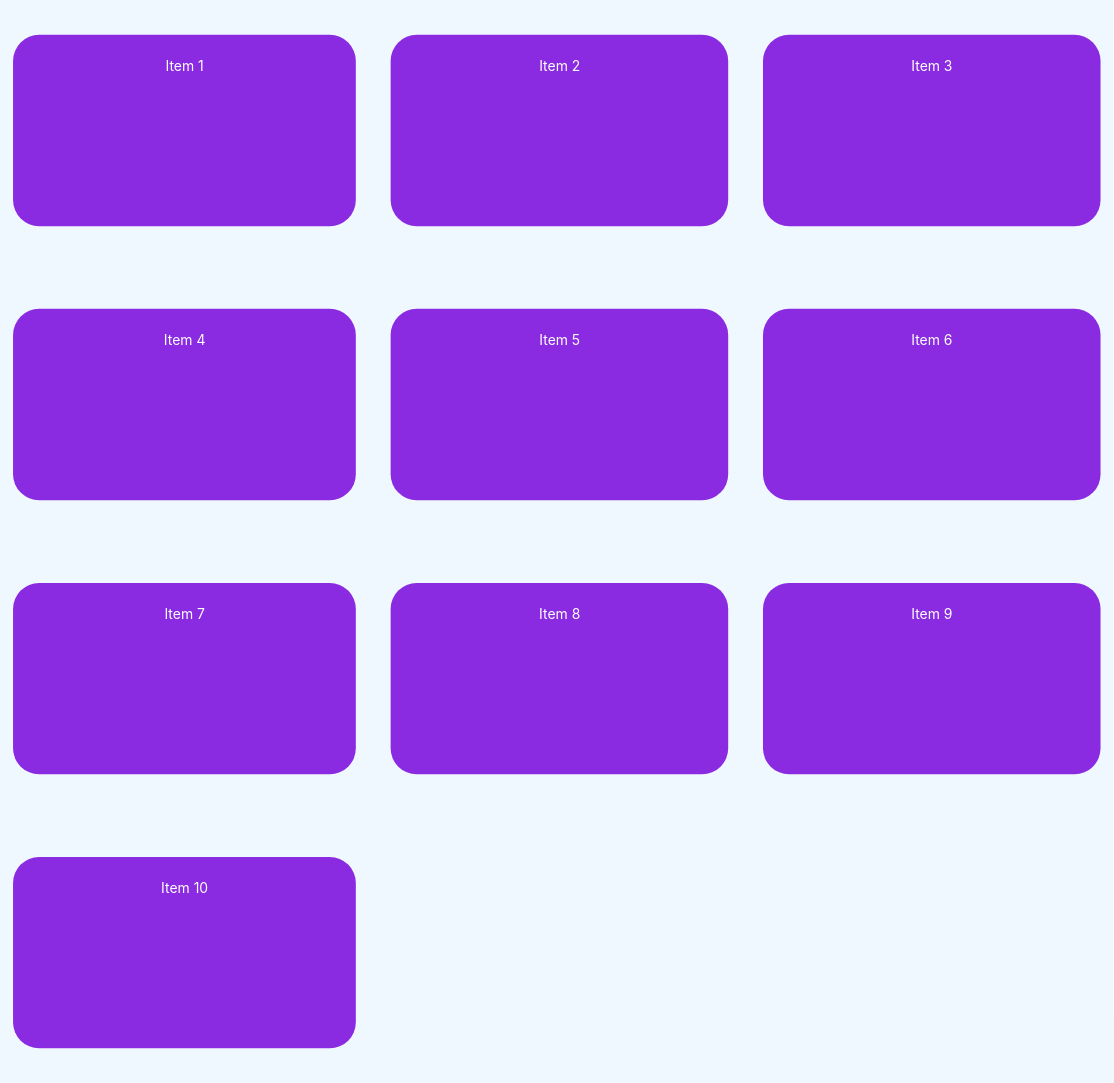
Repository: thai-shriya/anxiety-tracker
Page: /
The author's editor kept a copy of each file at every save. The page is drawn from the files as they stood at one save, then again after the next save.
The browser window is 1280 px wide. The pictures show the whole page, at 87% of full size.
The project was rebuilt for these pictures with package versions that can differ from the ones it lists, and the page was loaded fresh each time.

Above is the page before, as saved 2024-04-22 15:46:29.

After the next save:
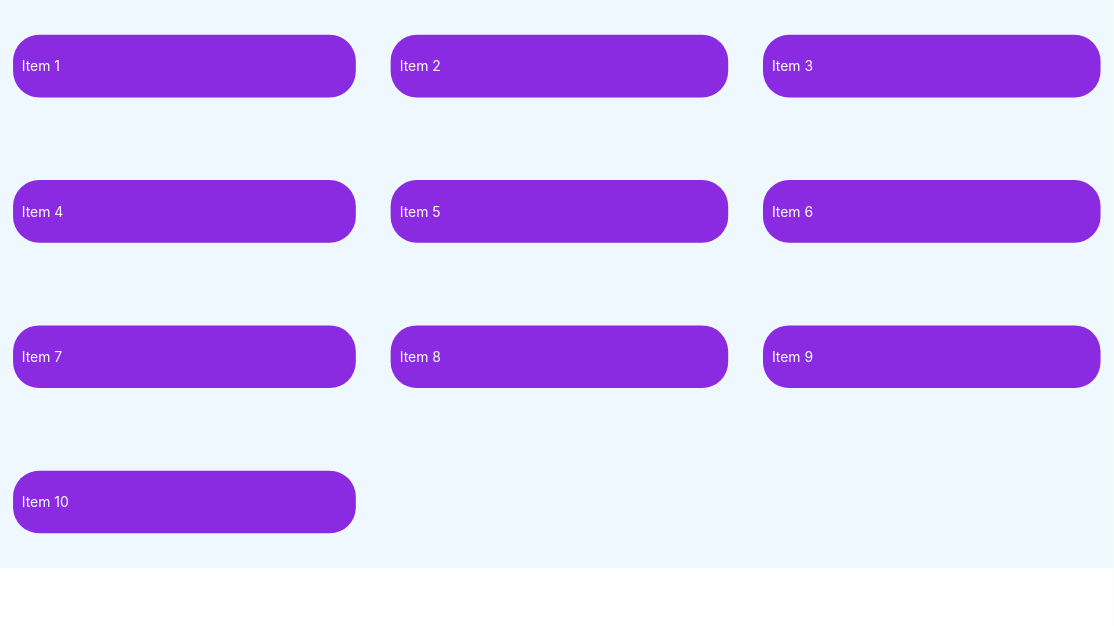
Saved 25 s later.
--- a/src/App.css
+++ b/src/App.css
@@ -9,11 +9,9 @@
 
 .grid-item{
   padding: 10px;
-  text-align: center;
   border: 1px red;
   background-color:blueviolet;
   margin: 40px 15px 40px 15px;
-  height: 200px;
   border-radius: 30px;
   perspective: 800px;
   justify-content: center;

After the save that followed:
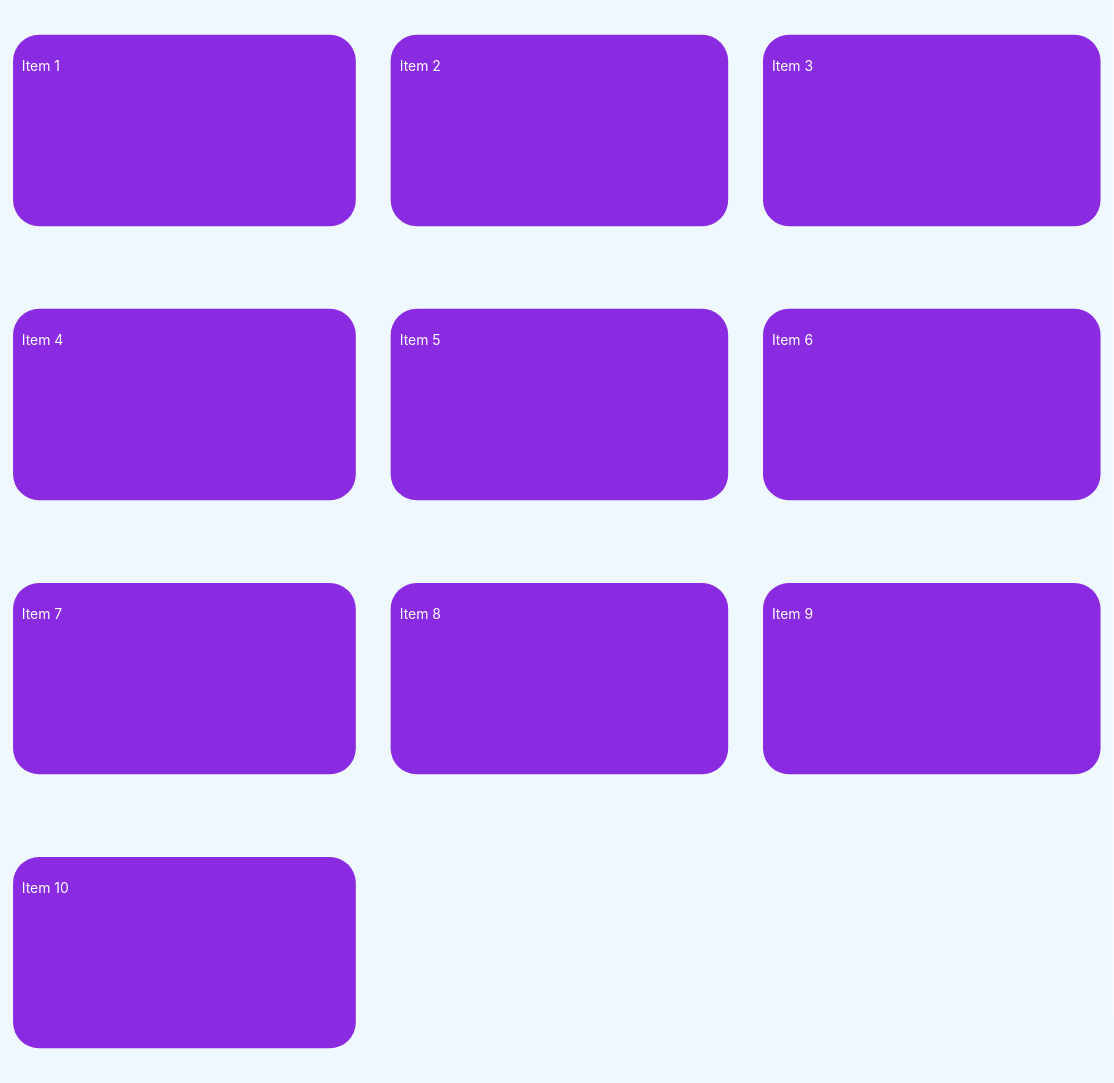
Saved 4 s later.
--- a/src/App.css
+++ b/src/App.css
@@ -12,6 +12,7 @@
   border: 1px red;
   background-color:blueviolet;
   margin: 40px 15px 40px 15px;
+  height: 200px;
   border-radius: 30px;
   perspective: 800px;
   justify-content: center;
